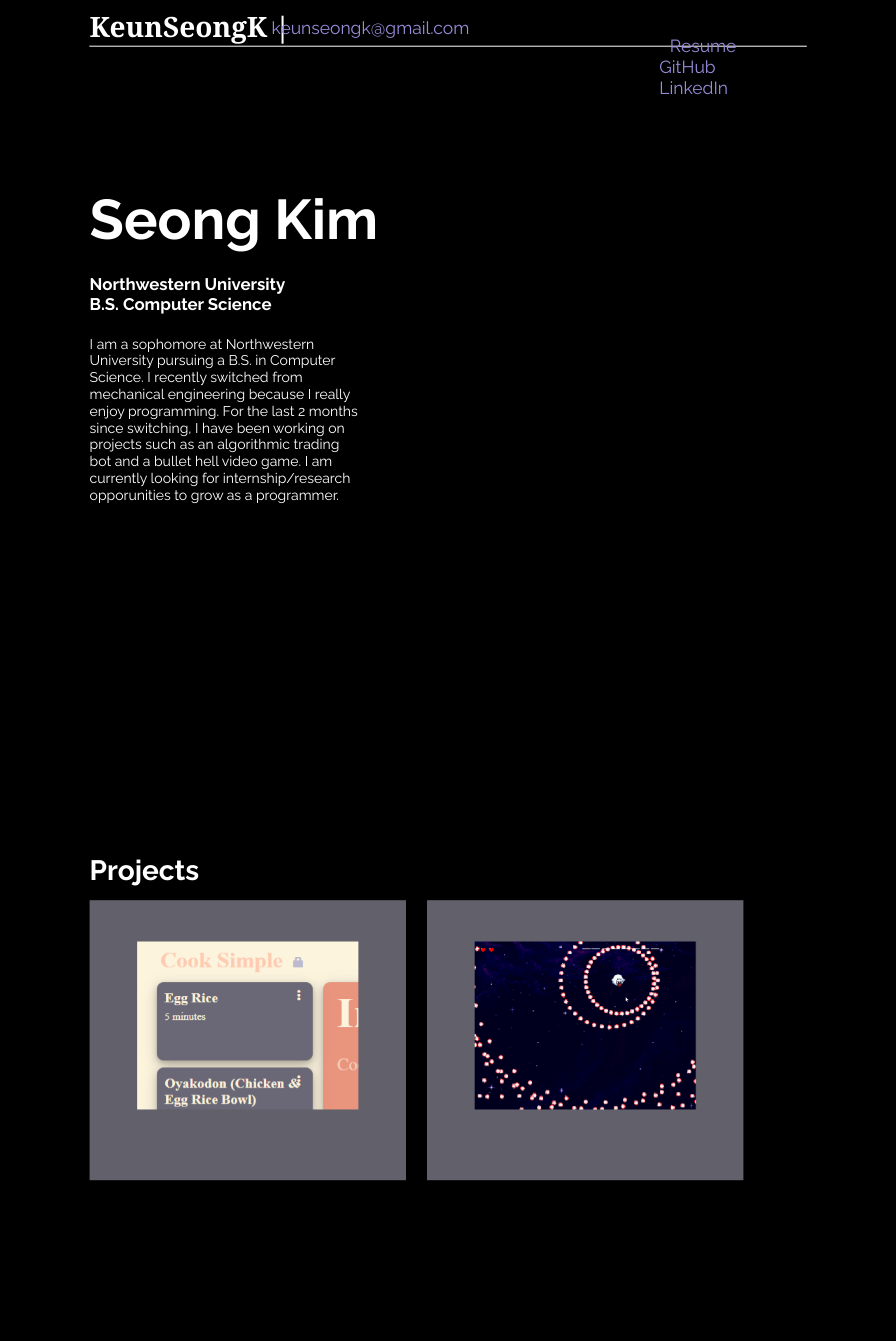
Repository: oqueuo/personal-site
Page: index.html
These files come from the project's save history. The page is drawn as it stood at one moment and after the next save; the edit follows.
The browser window is 1280 px wide. The pictures show the whole page, at 70% of full size.
Some web libraries are served in a nearby version.

Above is the page before, as saved 2020-09-21 16:41:37.

After the next save:
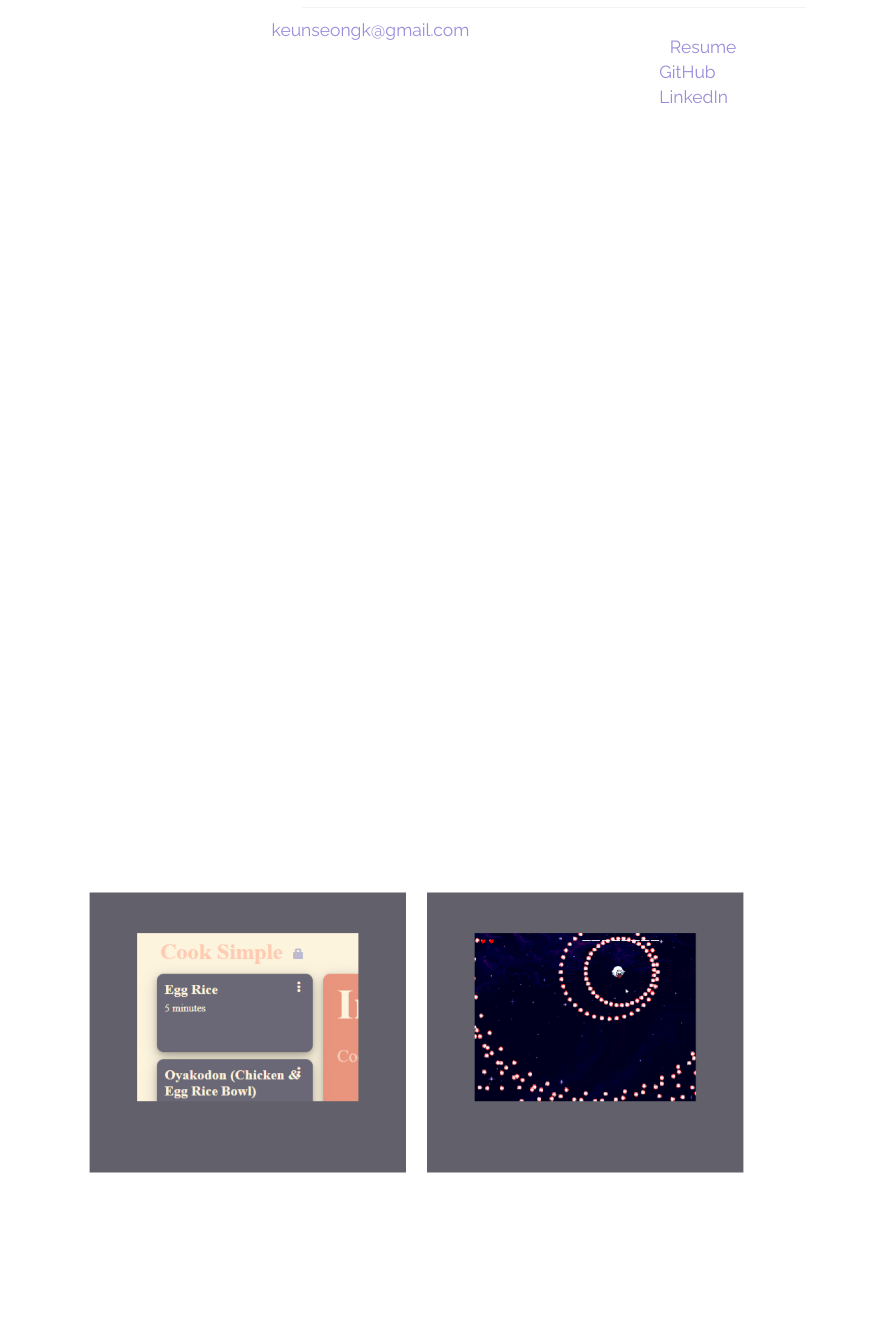
Saved 5 min 22 s later.
--- a/index.html
+++ b/index.html
@@ -6,7 +6,7 @@
     <meta name="viewport" content="width=device-width, initial-scale=1.0">
     <title>Seong Kim</title>
     <link rel="stylesheet" href="styles.css">
-    <link rel='stylesheet' href="css/bootstrap.min.css"/>
+    <link href="//netdna.bootstrapcdn.com/bootstrap/3.0.0/css/bootstrap.min.css" rel="stylesheet">
     <script src="scripts.js"></script>
   </head>
 

After the save that followed:
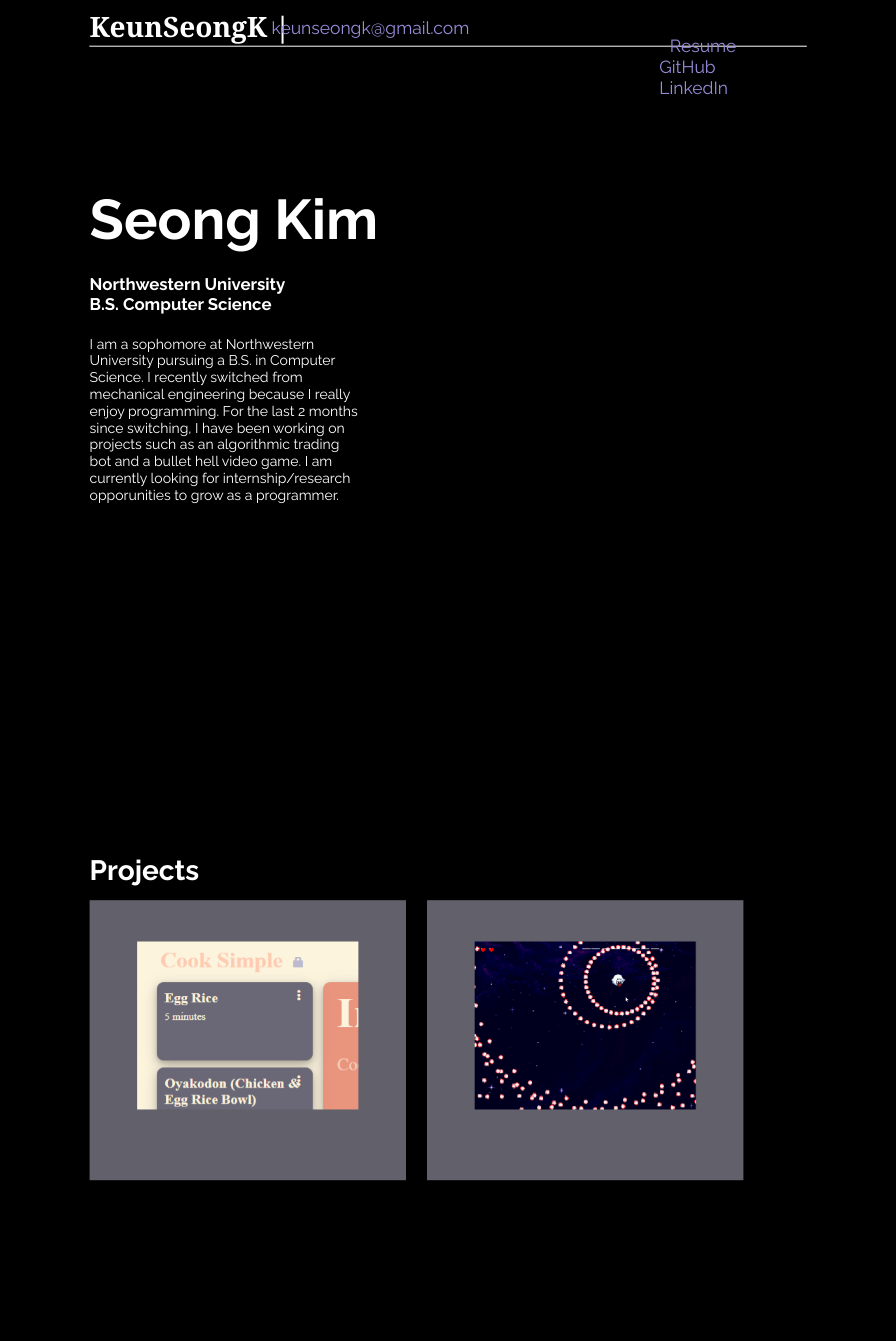
Saved 17 s later.
--- a/index.html
+++ b/index.html
@@ -6,7 +6,7 @@
     <meta name="viewport" content="width=device-width, initial-scale=1.0">
     <title>Seong Kim</title>
     <link rel="stylesheet" href="styles.css">
-    <link href="//netdna.bootstrapcdn.com/bootstrap/3.0.0/css/bootstrap.min.css" rel="stylesheet">
+    <link rel='stylesheet' href="css/bootstrap.min.css"/>
     <script src="scripts.js"></script>
   </head>
 
